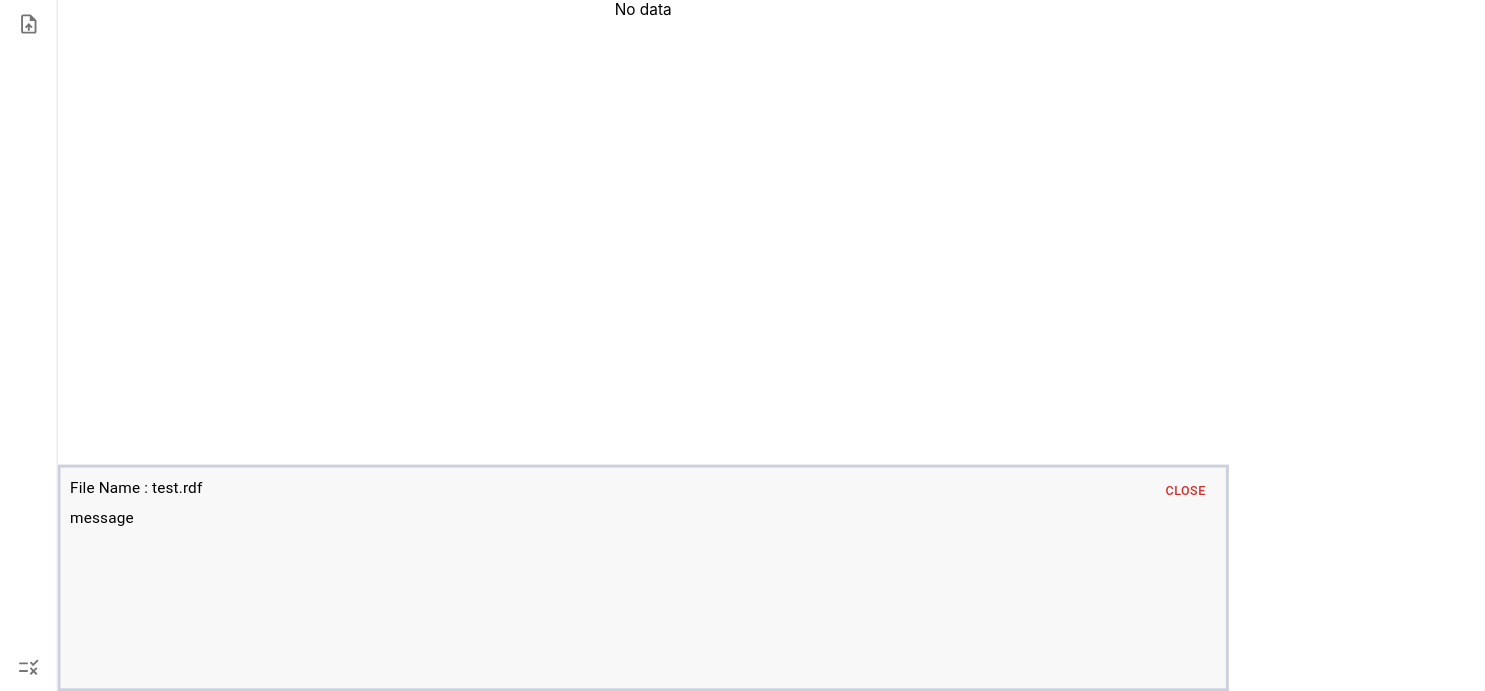
Repository: imark00/sbolInsight_frontend
Page: /, after clicking the first element matching `div.MuiPaper-root > :nth-child(2)`
These files come from the project's save history. The page is drawn as it stood at one moment and after the next save; the edit follows.
The browser window is 1280 px wide. The page is 1280 px wide, then 1547 px, so the pictures cover 1547 px, including what lies to the right of the window. The pictures show the whole page, at 96% of full size.
The project was rebuilt for these pictures with package versions that can differ from the ones it lists, and the page was loaded fresh each time. Also part of the build but not shown: src/App.css.

Above is the page before, as saved 2024-08-19 12:05:47.

### src/App.js
import './App.css';
import SBOLInsightPage from './sbolInsight';

function App() {
  return (
    <SBOLInsightPage />
  );
}

export default App;

### src/sbolInsight.js
import React, { useState } from "react";
import { Drawer, Box, IconButton, Typography, Modal, Button, Divider } from "@mui/material";
import UploadFileIcon from '@mui/icons-material/UploadFile';
import RuleOutlinedIcon from '@mui/icons-material/RuleOutlined';
import { useDropzone } from 'react-dropzone'
import { List, ListItem, ListItemIcon, ListItemText } from '@mui/material';
import InsertDriveFileOutlinedIcon from '@mui/icons-material/InsertDriveFileOutlined';
import axios from "axios";


const drawerWidth = 60

// function timeout(delay) {
//     return new Promise(res => setTimeout(res, delay));
// }

const SBOLInsightPage = () => {

    const [openVModal, setOpenVModal] = useState(false);
    const openValidationModal = () => setOpenVModal(true);
    const closeValidationModal = () => setOpenVModal(false);

    const [testData, setTestData] = useState('');

    const [open, setOpen] = useState(false);
    const openUploadFileModal = () => setOpen(true);
    const closeUploadFileModal = () => setOpen(false);

    const { acceptedFiles, getRootProps, getInputProps } = useDropzone({
        maxFiles: 1, accept: {
            'application/rdf+xml': ['.rdf'],
            'text/turtle': ['.ttl'],
        }
    });
    const files = acceptedFiles.map(file => (
        <ListItem
            key={file.path}
        >
            <ListItemIcon>
                <InsertDriveFileOutlinedIcon />
            </ListItemIcon>
            <ListItemText primary={file.path} />
        </ListItem>
    ));

    // const [uploadProgress, setUploadProgress] = useState(0);

    const message = "Could not validate the SBOL document:\r\nsbol3-11804 - If the hasParticipation properties of an Interaction refer to one or more Participation objects, and one of the type properties of this Interaction comes from Table 11, then the Participation objects SHOULD have a role from the set of role properties that is cross listed with this type in Table 12.,\r\n\tValue: [https://identifiers.org/SBO:0000019],\r\n\tProperty: components[5].interactions[0].hasParticipation[https://sbolstandard.org/examples/TetR_producer/Interaction2/Participation2].role,\r\n\tEntity URI: https://sbolstandard.org/examples/TetR_producer/Interaction2,\r\n\tEntity Type: class org.sbolstandard.core3.entity.Interaction\r\n\r\nsbol3-11902 - The Feature referenced by the participant property of a Participation MUST be contained by the Component that contains the Interaction that contains the Participation.,\r\n\tChild Entity URI: https://sbolstandard.org/examples/TetR_producer/SubComponent9,\r\n\tChild Entity Type: class org.sbolstandard.core3.entity.SubComponent,\r\n\tProperty: components[16].hasInteraction[https://sbolstandard.org/examples/LacI_producer/Interaction4].hasParticipation[https://sbolstandard.org/examples/LacI_producer/Interaction4/Participation3].participant,\r\n\tEntity URI: https://sbolstandard.org/examples/LacI_producer,\r\n\tEntity Type: class org.sbolstandard.core3.entity.Component\r\n\r\nsbol3-11804 - If the hasParticipation properties of an Interaction refer to one or more Participation objects, and one of the type properties of this Interaction comes from Table 11, then the Participation objects SHOULD have a role from the set of role properties that is cross listed with this type in Table 12.,\r\n\tValue: [https://identifiers.org/SBO:0000019],\r\n\tProperty: components[16].interactions[0].hasParticipation[https://sbolstandard.org/examples/LacI_producer/Interaction3/Participation2].role,\r\n\tEntity URI: https://sbolstandard.org/examples/LacI_producer/Interaction3,\r\n\tEntity Type: class org.sbolstandard.core3.entity.Interaction"


    const testAPI = async () => {
        try {
            let response = await fetch("http://localhost:8080/api/test")
            if (response.status === 200) {
                let data = await response.json()
                setTestData(data)
            }
        } catch (error) {
            console.error('Error:', error)
        }
    }
    // useEffect(() => { testAPI() }, [])

    const getGraphData = async () => {
        try {
            const url = "http://localhost:8080/api/graph-data"
            const formData = new FormData();
            formData.append('file', acceptedFiles[0]);
            const config = {
                headers: {
                    'content-type': 'multipart/form-data',
                },
                // onUploadProgress: function (progressEvent) {
                //     const percentCompleted = Math.round((progressEvent.loaded * 100) / progressEvent.total);
                //     setUploadProgress(percentCompleted);
                // }
            }
            let response = await axios.post(url, formData, config)
            console.log(response)
        } catch (error) {
            console.error('Error:', error)
        }
    }


    function showValiationModal() {
        openVModal ? closeValidationModal() : openValidationModal()
    }

    function submitFile(event) {
        event.preventDefault()
        closeUploadFileModal()
        getGraphData()
    }


    return (
        <Box
            sx={{ display: 'flex' }}
        >
            {/* Drawer */}
            <Drawer
                sx={{
                    width: drawerWidth,
                    flexShrink: 0,
                    '& .MuiDrawer-paper': {
                        width: drawerWidth,
                        boxSizing: 'border-box',
                        padding: '5px',
                        display: 'flex',
                        flexDirection: 'column',
                        justifyContent: 'space-between',
                    },
                }}
                variant="permanent"
                anchor="left"
            >
                <IconButton
                    onClick={openUploadFileModal}
                >
                    <UploadFileIcon />
                </IconButton>

                <IconButton
                    onClick={showValiationModal}
                >
                    <RuleOutlinedIcon />
                </IconButton>
            </Drawer>

            {/* Main content */}
            <Box sx={{
                display: 'flex',
                flexDirection: 'column',
                height: '100vh',
                width: '100%',
            }}>

                <Box
                    sx={{
                        flex: '1',
                        background: 'white',
                        display: 'flex',
                        justifyContent: 'center',
                    }}
                >
                    {testData ?
                        <Box>
                            <p> {testData.status}</p>
                            <p> {testData.app}</p>
                            <p> {testData.message}</p>
                        </Box>
                        : <Box>
                            No data
                        </Box>
                    }
                </Box>

                {/* Validation results view */}
                {openVModal ?
                    <Box
                        sx={{
                            height: '210px',
                            background: '#F8F8F8',
                            border: '3px solid #CBD0DC',
                            padding: '10px',
                        }}
                    >
                        <Box
                            sx={{
                                display: 'flex',
                                flexDirection: 'row',
                                justifyContent: 'space-between',
                            }}
                        >
                            <Typography>
                                File Name : test.rdf
                            </Typography>

                            <Button
                                variant="text"
                                size="small"
                                color="error"
                                onClick={showValiationModal}
                                sx={{ letterSpacing: "0.04em" }}
                            >
                                Close
                            </Button>
                        </Box>

                        <Typography>
                            message
                        </Typography>
                    </Box>
                    : null
                }

            </Box>


            {/* // Upload file modal */}
            <Modal
                open={open}
                onClose={closeUploadFileModal}
                aria-labelledby="modal-modal-title"
                aria-describedby="modal-modal-description"
                slotProps={{
                    backdrop: {
                        style: {
                            backgroundColor: 'transparent',
                            boxShadow: 'none'
                        }
                    }
                }}

            >
                <Box
                    sx={{
                        position: "absolute",
                        top: "50%",
                        left: "50%",
                        transform: "translate(-50%, -50%)",
                        width: "475px",
                        bgcolor: "background.paper",
                        boxShadow: 24,
                        borderRadius: "23px",
                    }}
                >
                    <Box
                        sx={{
                            display: 'flex',
                            flexDirection: 'row',
                            justifyContent: 'space-between',
                            paddingLeft: '11px',
                            paddingRight: '7px',
                            paddingTop: '7px',
                            paddingBottom: '2px',
                        }}
                    >
                        <Typography
                            fontSize={"19px"}
                            letterSpacing={"0.02em"}
                        >
                            Upload SBOL File
                        </Typography>

                        <Button
                            variant="text"
                            size="small"
                            color="error"
                            onClick={closeUploadFileModal}
                            sx={{ letterSpacing: "0.04em" }}
                        >
                            Close
                        </Button>
                    </Box>
                    <Divider
                        sx={{
                            borderBottomWidth: '2px',
                            borderColor: "#CBD0DC"
                        }}
                    />

                    <Box
                        sx={{
                            paddingTop: "45px",
                            paddingLeft: "25px",
                            paddingRight: "25px",
                            paddingBottom: "16px",
                            textAlign: "center",
                        }}
                    >
                        <Box
                            sx={{
                                border: "2px dashed #CBD0DC",
                                borderRadius: "14px",
                                height: "100px",
                                marginBottom: "20px",
                                width: "100%",
                                flexDirection: 'column',
                                justifyContent: 'center',
                                display: 'flex',
                            }}
                            {...getRootProps({ className: 'dropzone' })}
                        >
                            <input {...getInputProps()} />
                            <Box >
                                <Typography
                                    color={"#292D32"}
                                    fontSize={"15px"}
                                    letterSpacing={"0.04em"}
                                >
                                    Choose a file or drap and drop it here
                                </Typography>

                                <Typography
                                    color={"#A9ACB4"}
                                    fontSize={"12px"}
                                    letterSpacing={"0.04em"}
                                >
                                    RDF/XML, Turtle, N-Triples, and JSON-LD formats, up to 25MB
                                </Typography>
                            </Box>
                        </Box>

                        {/* <progress value={uploadProgress} max="100"></progress> */}

                        <List>{files}</List>

                        <Button
                            variant="contained"
                            sx={{
                                borderRadius: "11px",
                                width: "168px",
                                backgroundColor: "#084BCF",
                            }}
                            disabled={files.length === 0}
                            onClick={submitFile}
                        >
                            Submit
                        </Button>
                    </Box>



                </Box>
            </Modal>
        </Box>
    );
}

export default SBOLInsightPage;

Loaded but not shown: public/index.html (common file); src/index.js (common file); src/index.css (common file); src/reportWebVitals.js (common file)

After the next save:
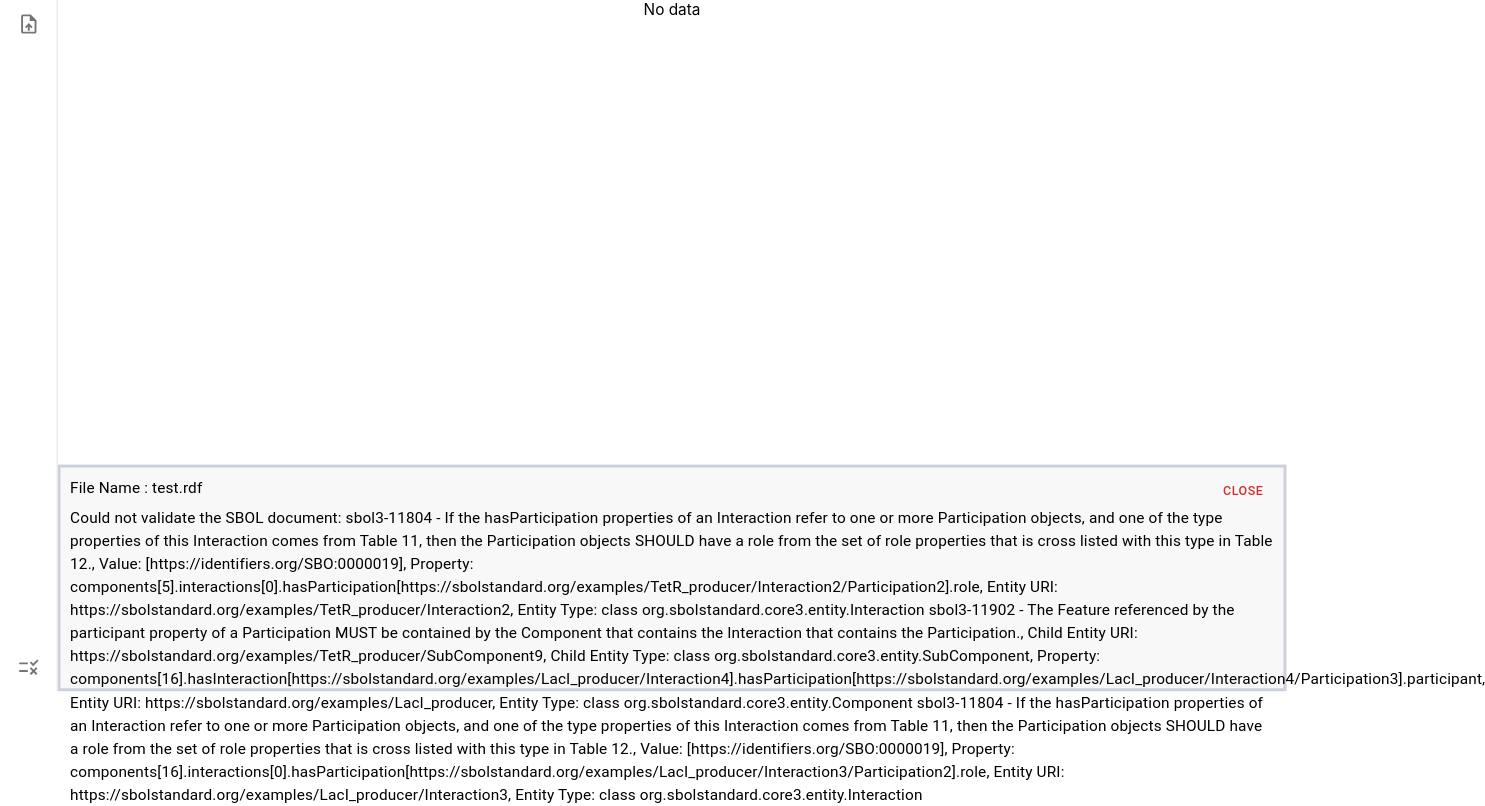
Saved 11 s later.
--- a/src/sbolInsight.js
+++ b/src/sbolInsight.js
@@ -189,7 +189,7 @@ const SBOLInsightPage = () => {
                         </Box>
 
                         <Typography>
-                            message
+                            {message}
                         </Typography>
                     </Box>
                     : null
